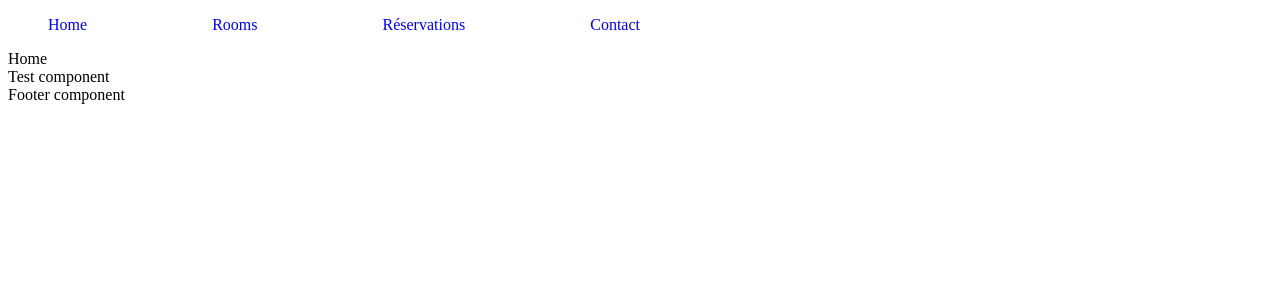
Repository: Nedjim/ubangui
Page: /home
The author's editor kept a copy of each file at every save. The page is drawn from the files as they stood at one save, then again after the next save.
The browser window is 1280 px wide. The pictures show the whole page.
The project was rebuilt for these pictures with package versions that can differ from the ones it lists, and the page was loaded fresh each time. The framework's server and built-in components were replaced by stand-ins that run in the browser. Also part of the build but not shown: nuxt.config.ts, components/PageTitle.vue.

Above is the page before, as saved 2024-01-11 19:06:45.

### components/Footer.vue
<template>
  <div>Footer component</div>
</template>

### components/Header.vue
<template>
  <header class="test">
    <nav>
      <ul>
        <li><NuxtLink to="/home">Home</NuxtLink></li>
        <li><NuxtLink to="/rooms">Rooms</NuxtLink></li>
        <li><NuxtLink to="/reservations">Réservations</NuxtLink></li>
        <li><NuxtLink to="/contact">Contact</NuxtLink></li>
      </ul>
    </nav>
  </header>
</template>

<style scoped lang="scss">
nav {
  width: 50%;

  ul {
    display: flex;
    justify-content: space-between;
    li {
      list-style-type: none;
      color: black;
      a {
        text-decoration: none;
      }
    }
    // color: #CD1E59;
    // background: $secondary;
  }
}
</style>

### components/Test.vue
<template>
    <div>Test component</div>
</template>

### app.vue
<script setup lang="ts">
useHead({
  title: "Ubangui",
  meta: [{ name: "Residence Ubangui", content: "Sénégal" }],
  bodyAttrs: {
    class: "test",
  },
  script: [{ innerHTML: "console.log('Hello world')" }],
});
</script>
<template>
  <div>
    <Header />
    <NuxtPage />
    <Footer />
  </div>
</template>

### pages/home.vue
<template>
    <div>
      Home
      <Test />
    </div>
  </template>

After the next save:
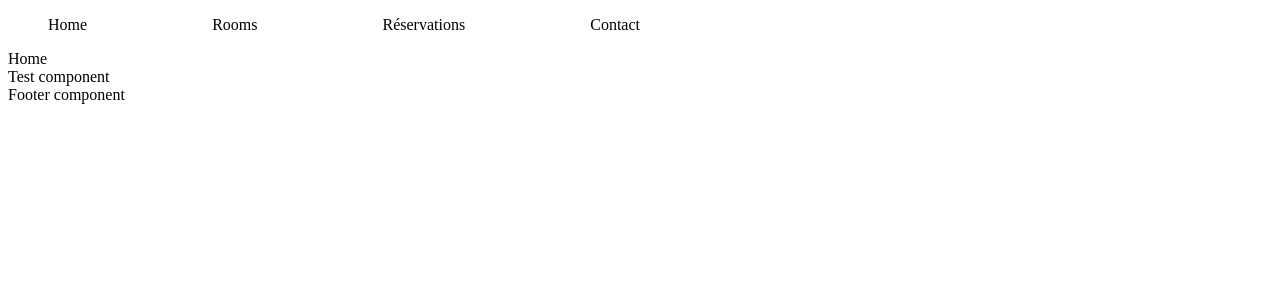
Saved 21 s later.
--- a/components/Header.vue
+++ b/components/Header.vue
@@ -20,9 +20,9 @@
     justify-content: space-between;
     li {
       list-style-type: none;
-      color: black;
       a {
         text-decoration: none;
+        color: black;
       }
     }
     // color: #CD1E59;
